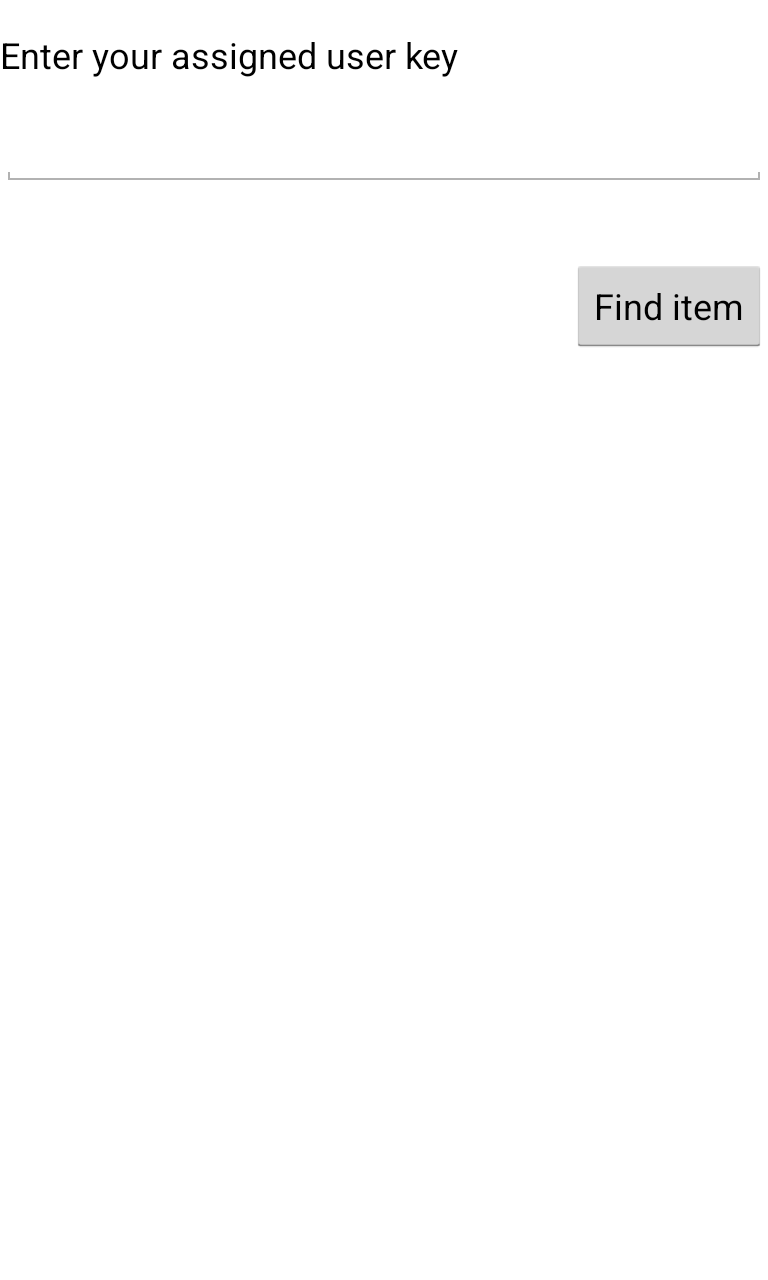
Repository: harvard-lil/wtwba-android-app
Layout: wtwba/res/layout/activity_type_barcode.xml
The author's editor kept a copy of each file at every save. The layout is drawn from the files as they stood at one save, then again after the next save.
It is drawn on a 768 x 1280 px phone screen (xhdpi) without system bars, with theme AppTheme; the app's code is not run.

Above is the layout before, as saved 2013-03-18 22:39:29.

### wtwba/res/layout/activity_type_barcode.xml
<?xml version="1.0" encoding="utf-8"?>

<LinearLayout xmlns:android="http://schemas.android.com/apk/res/android"
    xmlns:tools="http://schemas.android.com/tools"
    android:layout_width="match_parent"
    android:layout_height="match_parent"
    android:layout_margin="15dip"
    android:orientation="vertical"
    >
    <TextView
        android:layout_width="fill_parent"
        android:layout_height="wrap_content"
        android:layout_marginTop="15dip"
        android:layout_marginBottom="15dip"
        android:textAppearance="?android:attr/textAppearanceMedium"
        android:text="@string/user_name_box_label"
         />

    <EditText android:id="@+id/barcode"
        android:layout_width="fill_parent"
        android:layout_height="wrap_content"
        android:layout_marginBottom="35dip"
        android:layout_gravity="right"
        android:inputType="text" />

    <Button
        android:layout_width="wrap_content"
        android:layout_height="wrap_content"
        android:layout_gravity="right"
        android:text="@string/button_type"
        android:onClick="submitBarcode" />
</LinearLayout>

### wtwba/res/values/strings.xml
<?xml version="1.0" encoding="utf-8"?>
<resources>

    <string name="app_name">wtwba</string>
    <string name="main_activity_title">Where the Wild Books Are</string>
    <string name="activity_item_details_title">Wild Books</string>
    <string name="activity_scan_title">Wild Books</string>
    <string name="activity_manage_user_title">Manage user key</string>
    <string name="activity_location_title">Select your current location</string>
    <string name="item_found_title">Yeehaw! We added your item</string>
    <string name="scan_error_title">Something went wrong</string>
    <string name="user_name_box_label">Enter your assigned user key</string>
    <string name="edit_message">Enter a message</string>
    <string name="loading_message">Loading</string>


    <string name="button_confirm_delete">Delete from list</string>
    <string name="button_scan_item">Scan barcode</string>
    <string name="button_key_item">Type barcode</string>
    <string name="activity_delete_title">Delete from list</string>

    <string name="button_scan">Scan</string>
    <string name="button_type">Find item</string>
    <string name="button_item_confrim">Return home</string>
    <string name="button_add">Add to list</string>
    <string name="button_save_user_name">Save user key</string>
    <string name="menu_settings">Settings</string>
    <string name="scan_error">Something went wrong when when I tried to add the item. Sorry. Can you give it a try again?</string>
    <string name="title_activity_main">MainActivity</string>
    <string name="type_barcode_instructions">Type in the barcode number</string>
    <string name="hello_world">Hello world!</string>
    <string name="title_holder">Sample Title Here</string>
    <string name="connection_error">Unable to connect to network</string>
    <string name="title_activity_display_message">DisplayMessageActivity</string>
    <string name="empty_list">You haven\'t added any items.</string>

</resources>

Loaded but not shown: wtwba/res/values-v11/styles.xml (common file); wtwba/res/values-v14/styles.xml (common file); wtwba/res/values/styles.xml (common file)

After the next save:
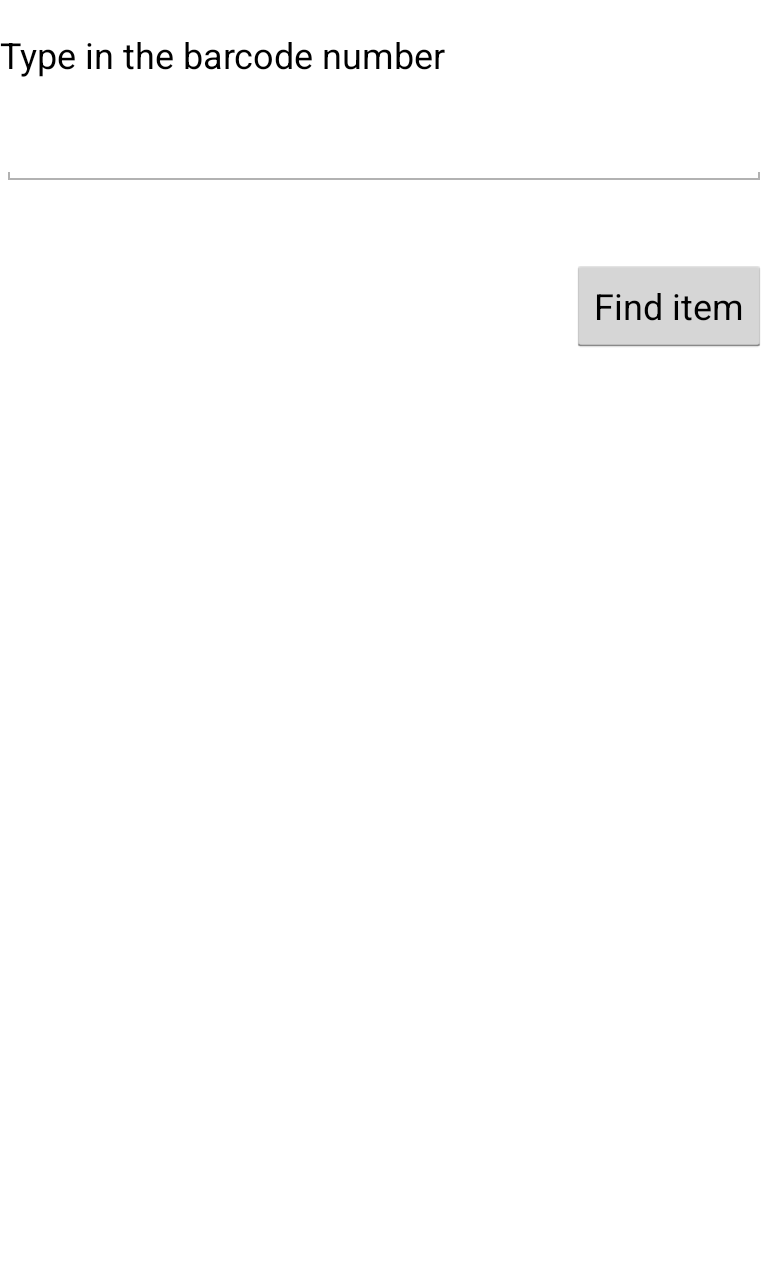
Saved 6 s later.
--- a/wtwba/res/layout/activity_type_barcode.xml
+++ b/wtwba/res/layout/activity_type_barcode.xml
@@ -13,7 +13,7 @@
         android:layout_marginTop="15dip"
         android:layout_marginBottom="15dip"
         android:textAppearance="?android:attr/textAppearanceMedium"
-        android:text="@string/user_name_box_label"
+        android:text="@string/type_barcode_instructions"
          />
 
     <EditText android:id="@+id/barcode"
